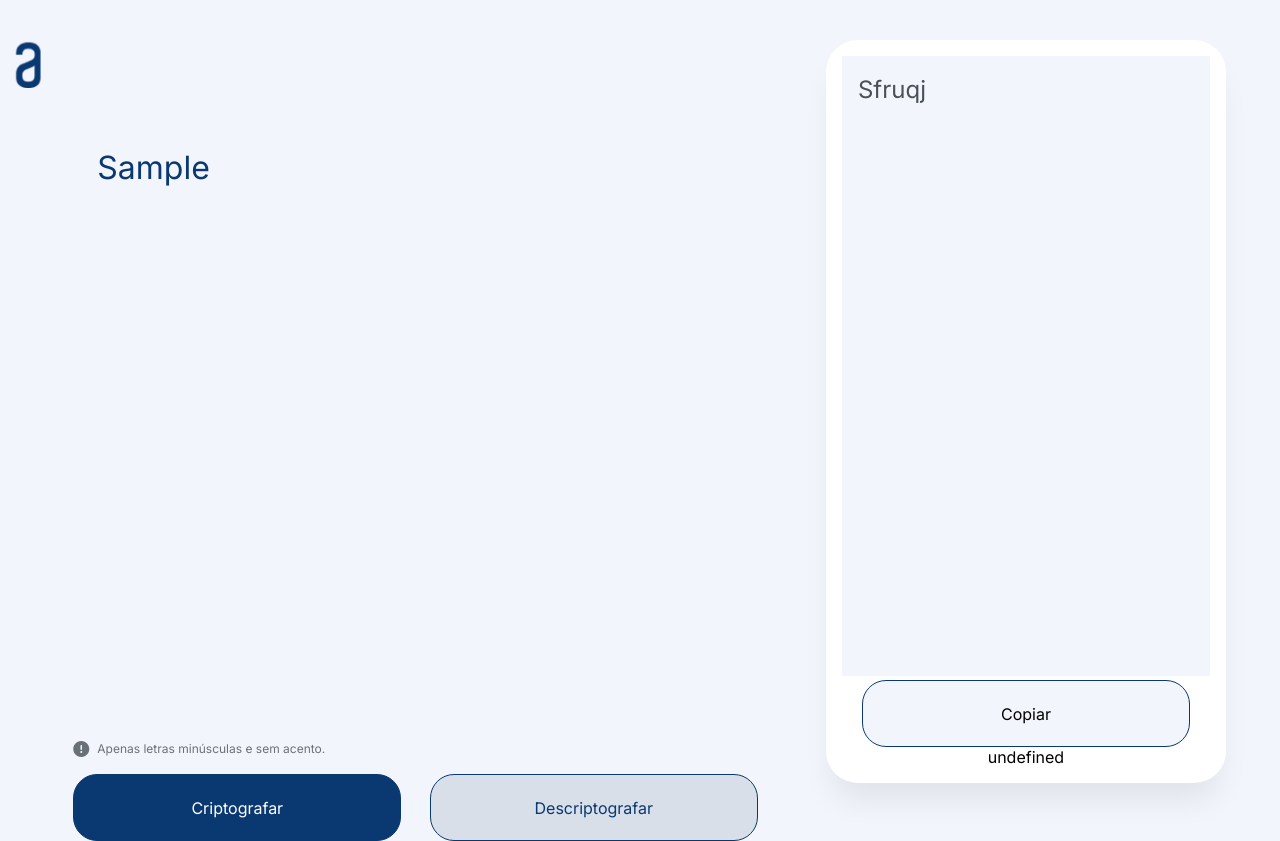
Repository: CarlosEduardoVdeOliveira/descodificador-de-texto
Page: index.html
An editor plug-in stored every save of this project. The page is shown before and after the next save, followed by the edit.
The browser window is 1280 px wide. The pictures show the whole page.
Empty fields were first filled with sample values (such as "Sample", 5 or name@example.com).
After loading, the first visible `button.button-cryptography` was clicked once.

Above is the page before, as saved 2023-04-15 09:01:28.

### index.html
<!DOCTYPE html>
<html lang="en">
<head>
   <meta charset="UTF-8">
   <link rel="preconnect" href="https://fonts.googleapis.com">
   <link rel="preconnect" href="https://fonts.gstatic.com" crossorigin>
   <meta http-equiv="X-UA-Compatible" content="IE=edge">
   <meta name="viewport" content="width=device-width, initial-scale=1.0">
   <link href="https://fonts.googleapis.com/css2?family=Inter:wght@400;700&display=swap" rel="stylesheet">
   <link rel="stylesheet" href="https://cdnjs.cloudflare.com/ajax/libs/font-awesome/6.4.0/css/all.min.css" integrity="sha512-iecdLmaskl7CVkqkXNQ/ZH/XLlvWZOJyj7Yy7tcenmpD1ypASozpmT/E0iPtmFIB46ZmdtAc9eNBvH0H/ZpiBw==" crossorigin="anonymous" referrerpolicy="no-referrer" />
   <link rel="stylesheet" href="/src/styles/reset.css">
   <link rel="stylesheet" href="/src/styles/index.css">
   <link rel="stylesheet" href="/src/styles/tablet.css">
   <link rel="stylesheet" href="/src/styles/mobile.css">
   <link rel="shortcut icon" href="/src/images/imageLogo2.png" type="image/x-icon">
   <title>Decodificador</title>
</head>
<body>
   <section>
      <img src="/src/images/imageLogo2.png"
         alt='logo da Alura'>
      <div class="highlight">
         <textarea placeholder="Digite seu texto" autofocus></textarea>
         <div class="info">
            <span>
               <i class="fa-solid fa-circle-exclamation"></i>
               Apenas letras minúsculas e sem acento.
            </span>
            <div class="info-group-button">
               <button class="button-cryptography">Criptografar</button>
               <button class="button-decryption">Descriptografar</button>
            </div>
         </div>
      </div>
      <div class="text-cryption">
         <img src="/src/images/imageHighLight.svg" alt="">
         <div>
            <h2>Nenhuma mensagem encontrada</h2>
            <p>
               Digite um texto que você deseja criptografar ou descriptografar.
            </p>
         </div>

      </div>
   </section>
   <script src="/src/scripts/index.js"></script>
</body>
</html>

### src/styles/reset.css
:root{
   --light-gray: #D8DFE8;
   --gray-100: #CED4DA;
   --gray-200: #ADB5BD;
   --gray-300: #868E96;
   --gray-400: #495057;
   --gray-500: #343A40;
   --light-blue-100: #F3F5FC;
   --light-blue-200: #EFF1FA;
   --light-blue-300: #E9ECF8;
   --light-blue-400: #AAB2D5;
   --light-blue-500: #757FB2;
   --dark-blue-100: #609ED4;
   --dark-blue-200: #356EA9;
   --dark-blue-300: #0A3871;
   --dark-blue-400: #072B61;
   --dark-blue-500: #052051;
}
*{
   margin: 0;
   padding: 0;
   box-sizing: border-box;
}

html, input, textarea, button{
   background-color: var(--light-blue-100);
   font-family:  'Inter', sans-serif;
   font-size: 1rem;
   -webkit-font-smoothing: antialiased;
   -moz-osx-font-smoothing: grayscale;
}

### src/styles/index.css
body{
   background-color: var(--light-blue-100);
}
img{
   width: 1.943rem;
   height: 3rem;
   margin-top: 2.5rem;
}
section {
   display: flex;
   justify-content: space-around;
   align-items: self-start;
   margin: 0 auto;
}
.highlight{
   display: flex;
   flex-direction: column;
   margin-top: 7.5rem;
}
textarea{
   width: 100%;
   height: calc(100vh - 100px);
   font-size: 32px;
   line-height: 150%;
   background-color: var(--light-blue-100);
   color: var(--dark-blue-300);
   border: none;
   resize: none;
   margin: 0 auto;
   padding: 1.5rem;
}
textarea:focus{
   outline: 0;
}

textarea::placeholder{
   color: var(--dark-blue-300);
}
span{
   display: flex;
   align-items: center;
   font-size: 12px;
   color: var(--gray-400);
   line-height: 150%;
   opacity: 0.8;
   margin-bottom: 1rem;
}
i{
   color: var(--gray-400);
   margin-right: 0.5rem;
   font-size: 1rem;
}

button{
   padding: 1.5rem;
   width: 328px;
   height: 67px;
   border-radius: 1.5rem;
   cursor: pointer;
   font-size: 1rem;
   line-height: 19px;
   border: 1px solid var(--dark-blue-300);
   transition: all .2s;
}
.info{
   background-color: var(--light-blue-100);
}
.button-cryptography{
   background-color: var(--dark-blue-300);
   color: white;
   margin-right: 1.5rem;
}
.button-cryptography:hover{
   background-color: var(--dark-blue-400);
}
.button-decryption{
   background: var(--light-gray);
   color: var(--dark-blue-300);
}
.button-decryption:disabled{
   cursor: no-drop;
}
.button-decryption:hover{
   background-color: var(--light-blue-200);
}
.text-cryption{
   width: 25rem;
   margin: 2.5rem;
   padding: 15rem 2rem;
   text-align: center;
   background-color: white;
   /* shadow */
   box-shadow: 0px 24px 32px -8px rgba(0, 0, 0, 0.08);
   border-radius: 32px;
}
.text-cryption img{
   width: 21rem;
   height: 19rem;
}
.text-cryption div{
   display: flex;
   flex-direction: column;

   margin-top: 2rem;
   padding: 0px;
   gap: 16px;
}

textarea.textarea-output{
   font-size: 1.5rem;
   color: var(--gray-400);
   height: calc(100vh - 100px);
   padding: 1rem;
}
.text-cryption-whit-text{
   padding: 1rem;
}

.button-copy-cryption{
   background-color: white;
}
.button-copy-cryption:hover{
   background-color: var(--light-blue-200);
}

### src/styles/tablet.css
@media (max-width: 768px) {
   section{
      display: block;
   }
   img{
      margin: 1rem;
   }
   .textarea-input{
      margin: 0 auto;
   }
   .info{
      display: flex;
      flex-direction: column;
      margin: 0 auto;
   }
   .text-cryption{
      width: 43rem;
      height: 8.313rem;
      padding: 0;
      margin: 1.5rem auto;
   }
   .text-cryption img{
      display: none;
   }
}

### src/styles/mobile.css
@media (max-width: 375px) {
   img{
      margin: 1rem;
   }
   .info{
      margin: 0 auto;
   }
   .info-group-button{
      display: flex;
      flex-direction: column;
   }
   .info-group-button .button-cryptography{
      margin-bottom: 1.5rem;
   }
   .text-cryption{
      width: 20.438rem;
      height: 11.625rem;
      padding: 0;
      margin: 1.5rem auto;
   }
}

### src/scripts/index.js
const elementTextarea = document.querySelector("textarea");
const areaCryption = document.querySelector(".text-cryption");
const buttonCryptography = document.querySelector(".button-cryptography");
const buttonDecryption = document.querySelector(".button-decryption");


buttonDecryption.setAttribute("disabled", '');


function encryptText() {
   const textareaValue = elementTextarea.value;
   if (textareaValue.length > 0) {
      areaCryption.classList.add("text-cryption-whit-text")
      return areaCryption.innerHTML = `
         <textarea class="textarea-output">${cipherOfCesar(textareaValue)}</textarea>
         <button class="button-copy" id='copy' onclick="copyText()">Copiar</button>
         ${disabledButtonDecrypt()}
         `;

      }
   return alert("Preencha o campo!")
}

function disabledButtonDecrypt(){
   buttonDecryption.removeAttribute("disabled");
   buttonDecryption.style.cursor = 'pointer';
}

function decryptText() {
   const textareaValue = elementTextarea.value;
   return areaCryption.innerHTML = `
         <textarea class="textarea-output">${textareaValue}</textarea>
         <button class="button-copy" id='copy' onclick="copyText()">Copiar</button>
      `;
}

async function copyText() {
   const textareaOutput = document.querySelector('.textarea-output');
   await textareaOutput.select();
   document.execCommand('copy');
   alert("Texto copiado para área de trasferência!");
}

buttonCryptography.addEventListener('click', encryptText);
buttonDecryption.addEventListener('click', decryptText);

/**
 * a b c d e f g h i j k l m n o p q r s t u v w x y z
 * r s t u v w x y z a b c d e f g h i j k l m n o p q
 * jhysvz
 * carlos
 * 97 até 122
 * a  ==  j
 * 97 == 106
 * se o codigo for igual a 97 ele recebe j
 * se ele for igual a 122 ele recebe 113
 */


function cipherOfCesar(text){
   let cryptograph = ''
   for (let i = 0; i < text.length; i++) {
      let charCode = text.charCodeAt(i)
      if(charCode >= 97 && charCode <= 122){
         charCode = ((charCode - 97 + 5) % 26) + 97
      }
      cryptograph += String.fromCharCode(charCode);
   }
   return cryptograph
}

After the next save:
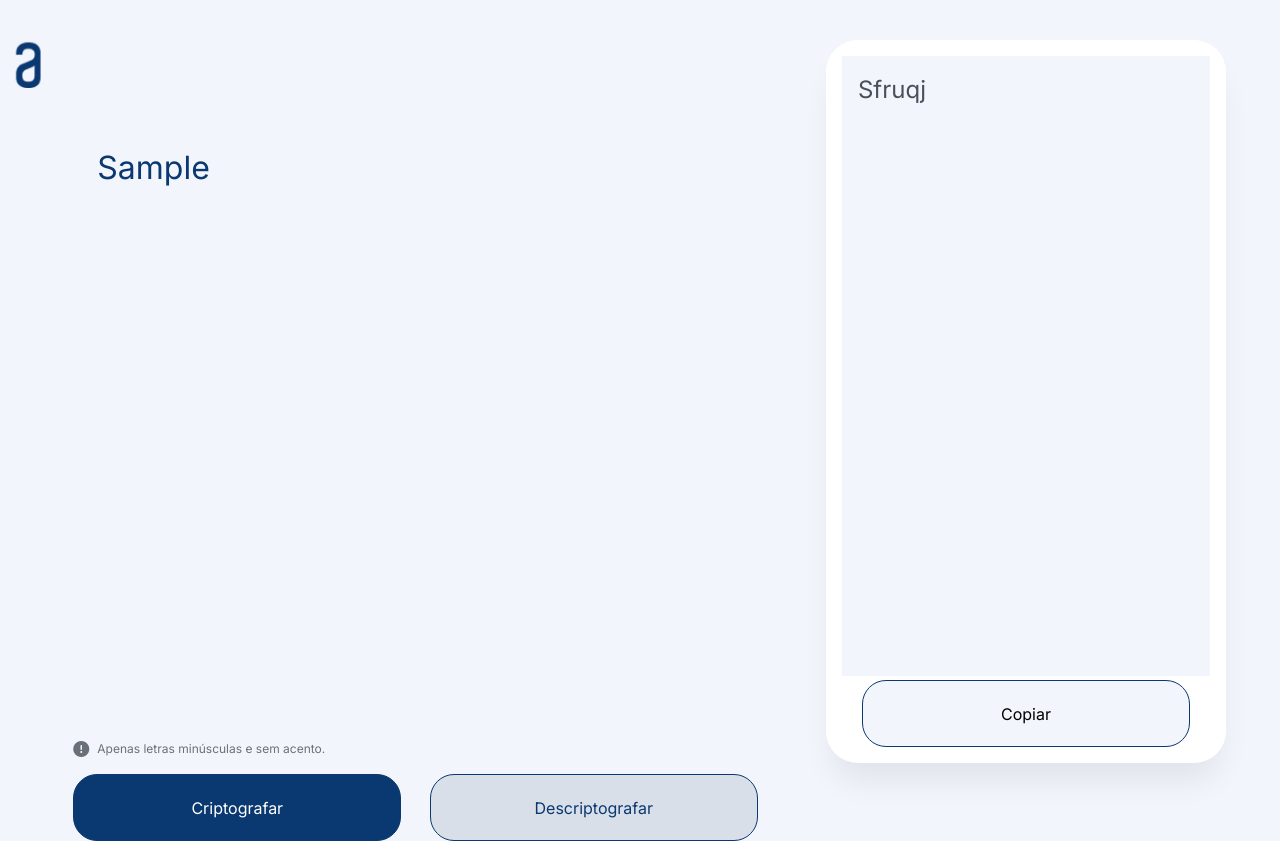
Saved 101 s later.
--- a/src/scripts/index.js
+++ b/src/scripts/index.js
@@ -11,10 +11,10 @@ function encryptText() {
    const textareaValue = elementTextarea.value;
    if (textareaValue.length > 0) {
       areaCryption.classList.add("text-cryption-whit-text")
+      disabledButtonDecrypt()
       return areaCryption.innerHTML = `
          <textarea class="textarea-output">${cipherOfCesar(textareaValue)}</textarea>
          <button class="button-copy" id='copy' onclick="copyText()">Copiar</button>
-         ${disabledButtonDecrypt()}
          `;
 
       }
